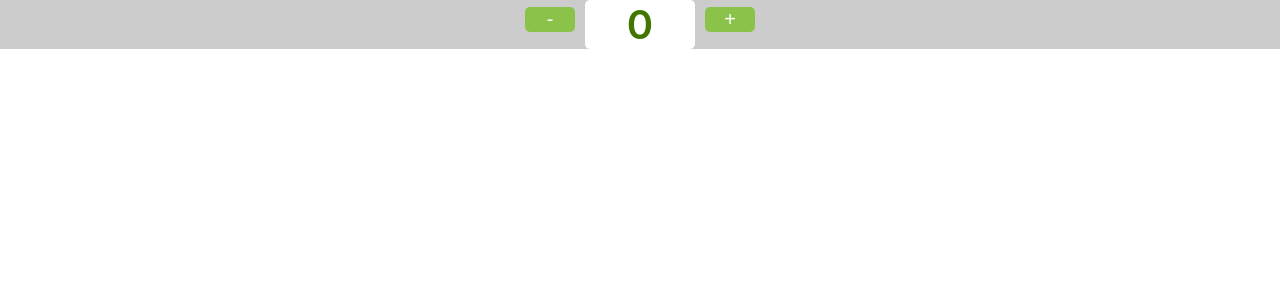
Repository: tatevkalashyan/homwork5-counter
Page: /
The author's editor kept a copy of each file at every save. The page is drawn from the files as they stood at one save, then again after a run of saves.
The browser window is 1280 px wide. The pictures show the whole page.
The project was rebuilt for these pictures with package versions that can differ from the ones it lists, and the page was loaded fresh each time.

Above is the page before, as saved 2020-11-24 18:08:10.

After the next 2 saves:
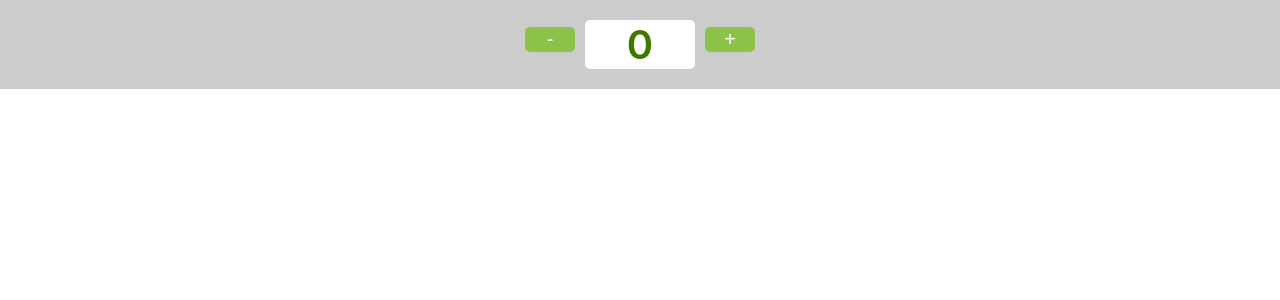
The 2 saves are shown as one change because they came seconds apart.
The last was saved 96 s later.
--- a/src/Calc/calc.css
+++ b/src/Calc/calc.css
@@ -1,8 +1,7 @@
 .counter {
     display: flex;
-    width: 100%;
+    padding: 20px;
     justify-content: center;
-    /* height: 100vh; */
     align-items: center;
     background-color: #ccc;
 }
